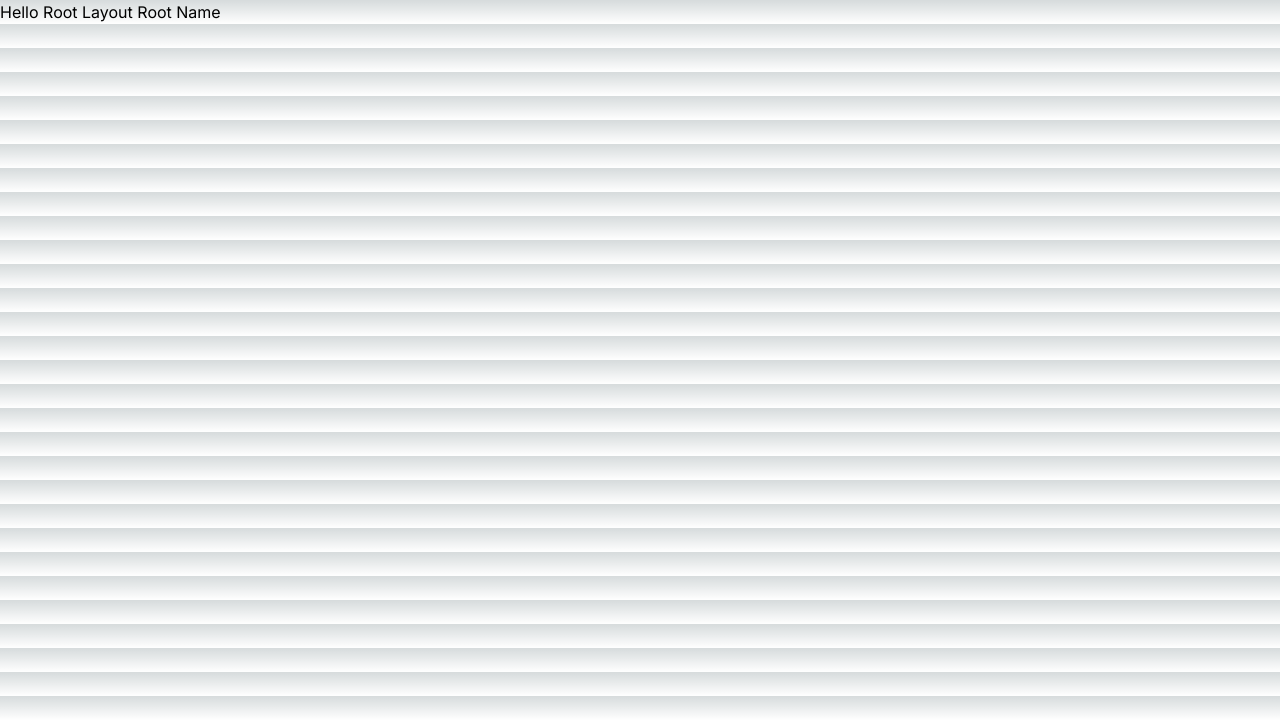
Repository: wellingtondevops/01-first-steps
Page: /about
These files come from the project's save history. The page is drawn as it stood at one moment and after the next save; the edit follows.
The browser window is 1280 px wide. The pictures show the whole page.
The project was rebuilt for these pictures with package versions that can differ from the ones it lists, and the page was loaded fresh each time. The framework's server and built-in components were replaced by stand-ins that run in the browser. Also part of the build but not shown: next.config.js.

Above is the page before, as saved 2025-07-12 13:38:08.

### app/layout.tsx
import type { Metadata } from 'next'
import { Inter } from 'next/font/google'
import './globals.css'

const inter = Inter({ subsets: ['latin'] })

export const metadata: Metadata = {
  title: 'My first App Next',
  description: 'Development Nextjs',
}

export default function RootLayout({
  children,
}: {
  children: React.ReactNode
}) {
  return (
    <html lang="en">
      <body className={inter.className}>{children}</body>
    </html>
  )
}

### app/(general)/layout.tsx

export default function AboutLayout({
 children
}: {
 children: React.ReactNode;
}) {
  return (
    <div>
      <h1>Hello Root Layout Root Name</h1>
    </div>
  );
}

### app/(general)/about/page.tsx
export default function About() {
  return (
    <>
      <span className="text-7xl">About</span>
    </>
  );
}

Loaded but not shown: app/globals.css (common file); tailwind.config.ts (common file)

After the next save:
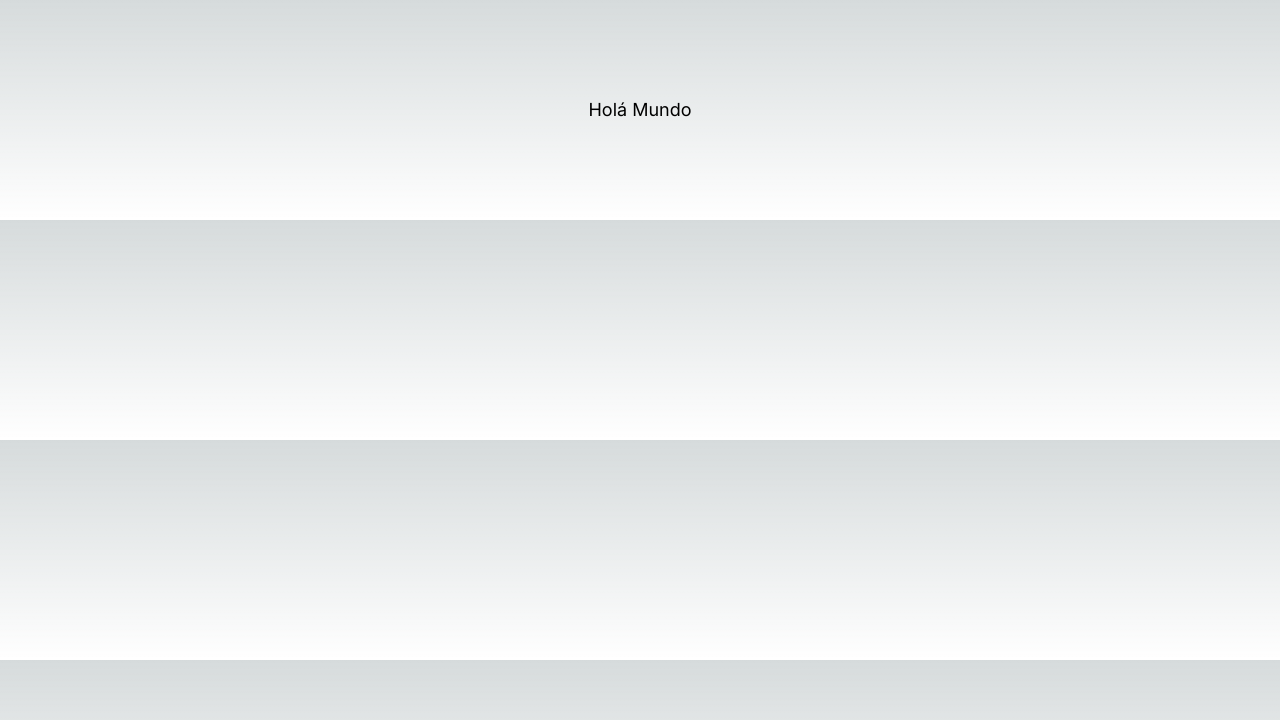
Saved 97 s later.
--- a/app/(general)/layout.tsx
+++ b/app/(general)/layout.tsx
@@ -1,12 +1,11 @@
-
 export default function AboutLayout({
- children
+  children,
 }: {
- children: React.ReactNode;
+  children: React.ReactNode;
 }) {
   return (
-    <div>
-      <h1>Hello Root Layout Root Name</h1>
-    </div>
+    <main className="flex flex-col items-center p-24">
+      <span className="text-lg">Holá Mundo</span>
+    </main>
   );
 }
